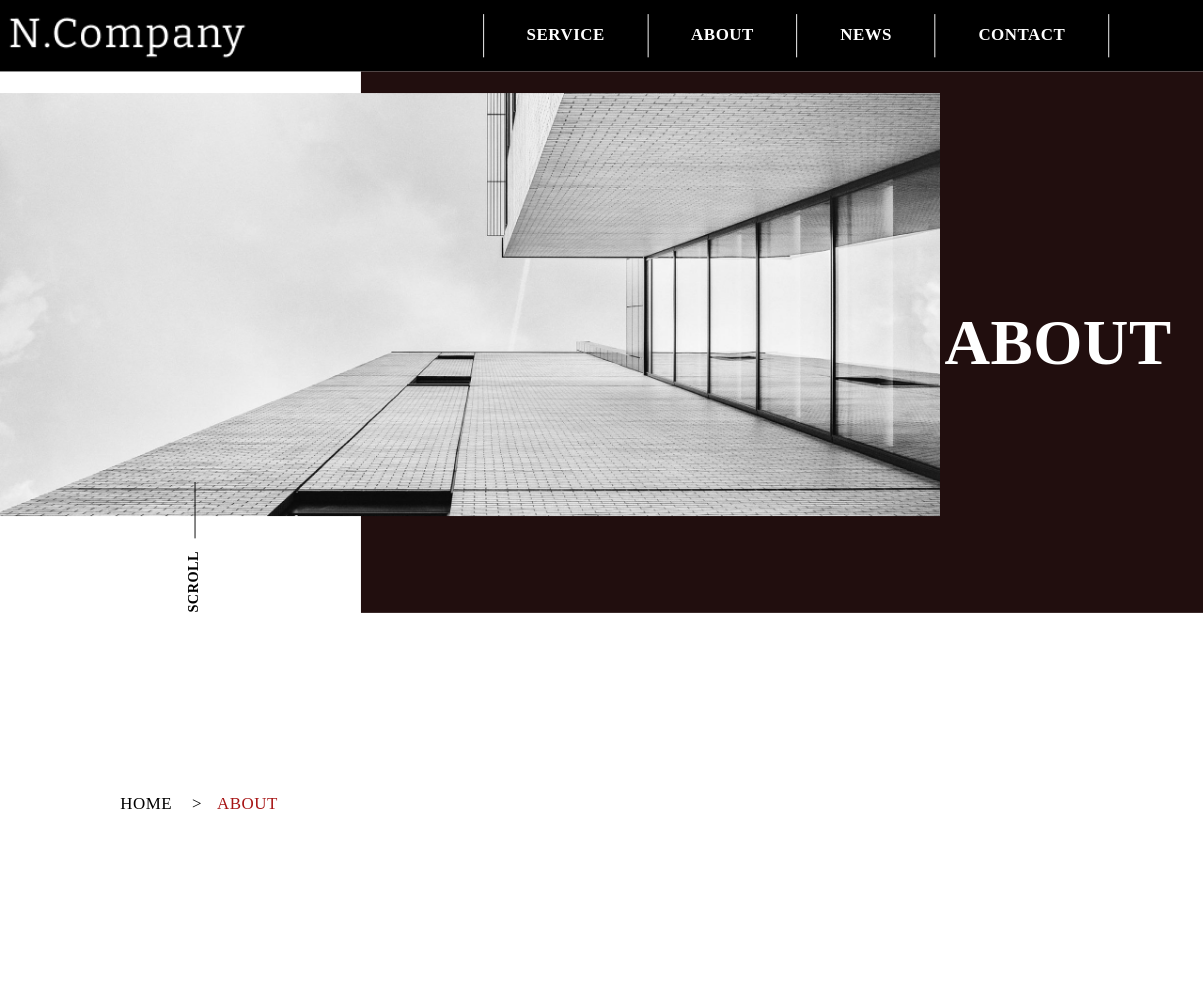
Repository: nozomi-23/hp2_test
Page: html/about.html
The author's editor kept a copy of each file at every save. The page is drawn from the files as they stood at one save, then again after a run of saves.
The browser window is 1280 px wide. The pictures show the whole page, at 94% of full size.
Some web fonts or font styles are not loaded; a fallback is used. Some web libraries are served in a nearby version.

Above is the page before, as saved 2022-06-25 22:05:39.

After the next 2 saves:
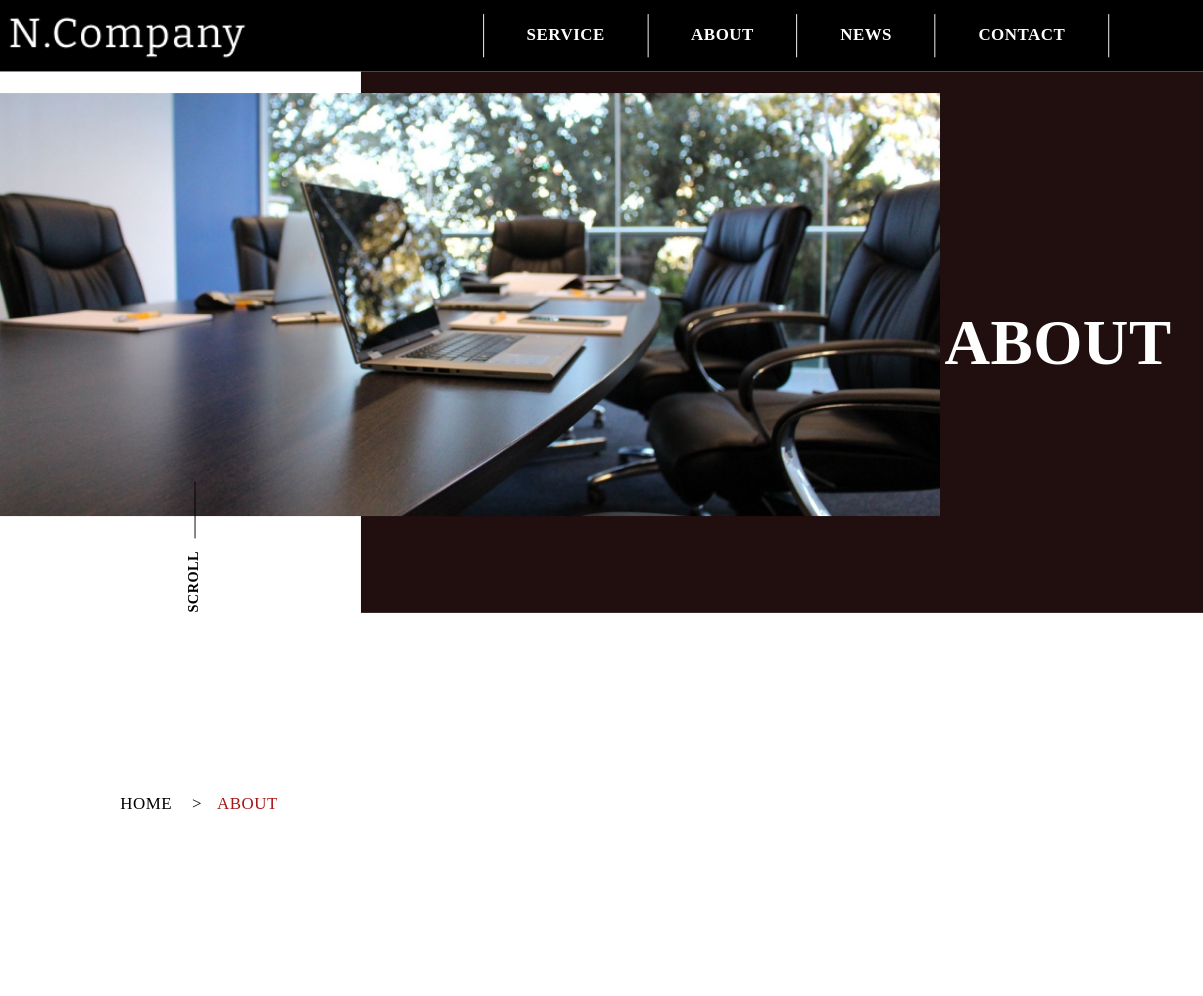
The 2 saves are shown as one change because they came seconds apart.
The last was saved 26 s later.
--- a/html/about.html
+++ b/html/about.html
@@ -62,7 +62,7 @@
     <section class="service_fv">
       <div class="service_fv_wrapper">
         <div class="service_fv_img">
-          <img src="../img/service_main.png" alt="メイン画像">
+          <img src="../img/about_main.png" alt="メイン画像">
         </div>
         <div class="fv_txt_wrapper_2">
           <span class="top_arrow_txt">SCROLL</span>
